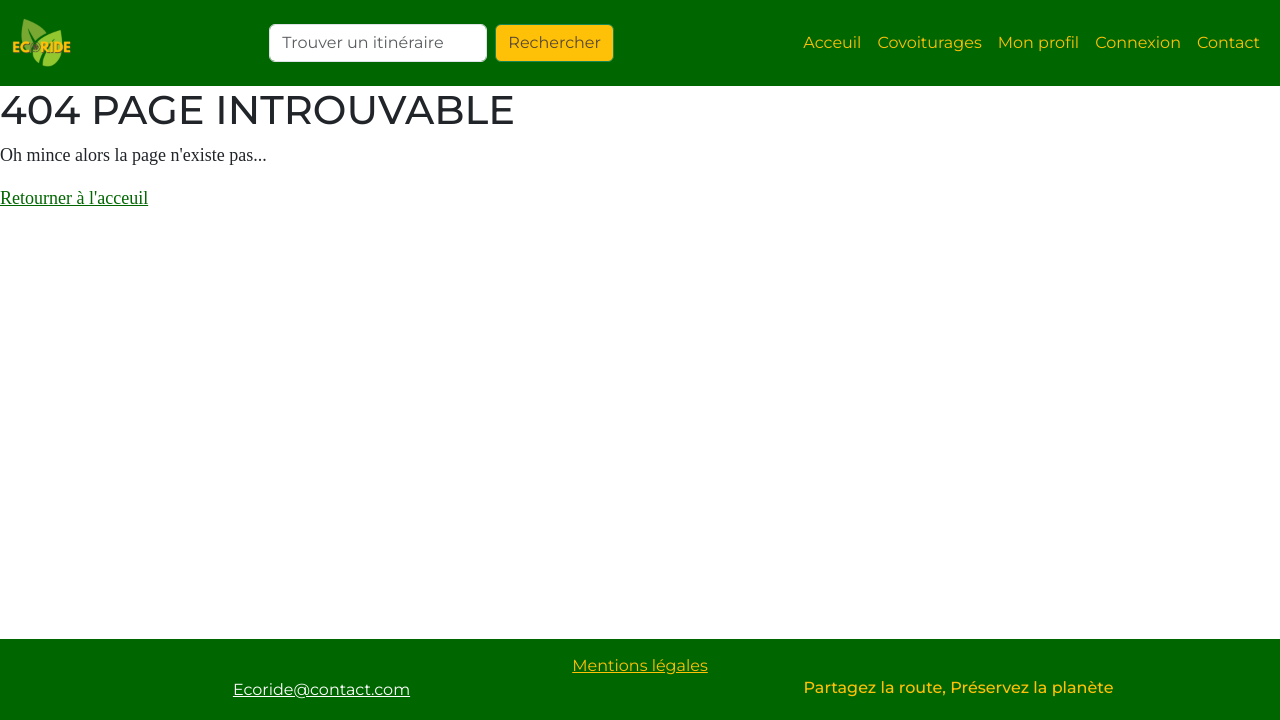
Repository: lemonhao9/ECF
Page: index.html
The author's editor kept a copy of each file at every save. The page is drawn from the files as they stood at one save, then again after the next save.
The browser window is 1280 px wide. The pictures show the whole page.
Some web fonts or font styles are not loaded; a fallback is used. The style sheet was rebuilt from its Sass, Less or Tailwind sources for each picture, by a compiler version that may differ from the author's.

Above is the page before, as saved 2025-02-11 16:09:57.

After the next save:
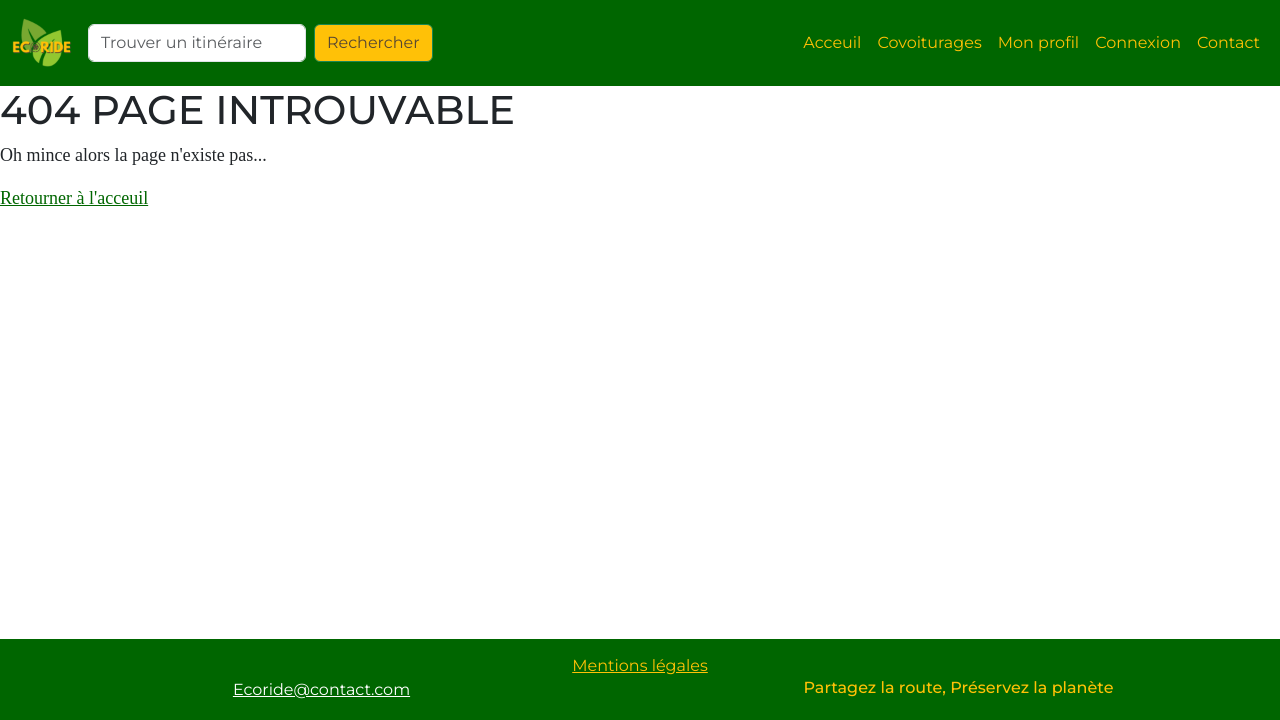
Saved 112 s later.
--- a/index.html
+++ b/index.html
@@ -19,7 +19,7 @@
       <span class="navbar-toggler-icon"></span>
         </button>
      <div class="collapse navbar-collapse" id="navbarSupportedContent">
-        <div class="d-flex justify-content-center w-100">
+        <div class="d-flex  w-100">
             <form class="d-flex" role="search">
               <input class="form-control me-2" type="search" placeholder="Trouver un itinéraire" aria-label="Search">
               <button class="btn btn-outline-success bg-secondary text-black" type="submit">Rechercher</button>

After the save that followed:
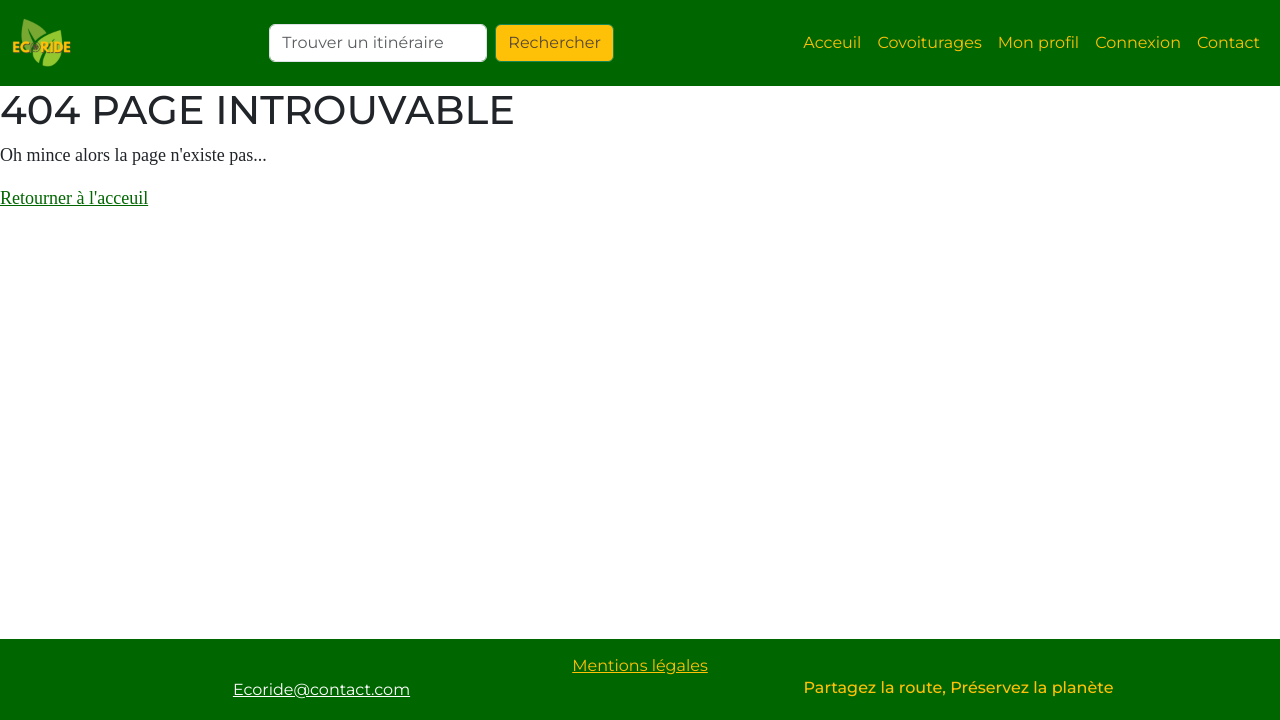
Saved 10 s later.
--- a/index.html
+++ b/index.html
@@ -19,7 +19,7 @@
       <span class="navbar-toggler-icon"></span>
         </button>
      <div class="collapse navbar-collapse" id="navbarSupportedContent">
-        <div class="d-flex  w-100">
+        <div class="d-flex justify-content-center w-100">
             <form class="d-flex" role="search">
               <input class="form-control me-2" type="search" placeholder="Trouver un itinéraire" aria-label="Search">
               <button class="btn btn-outline-success bg-secondary text-black" type="submit">Rechercher</button>
